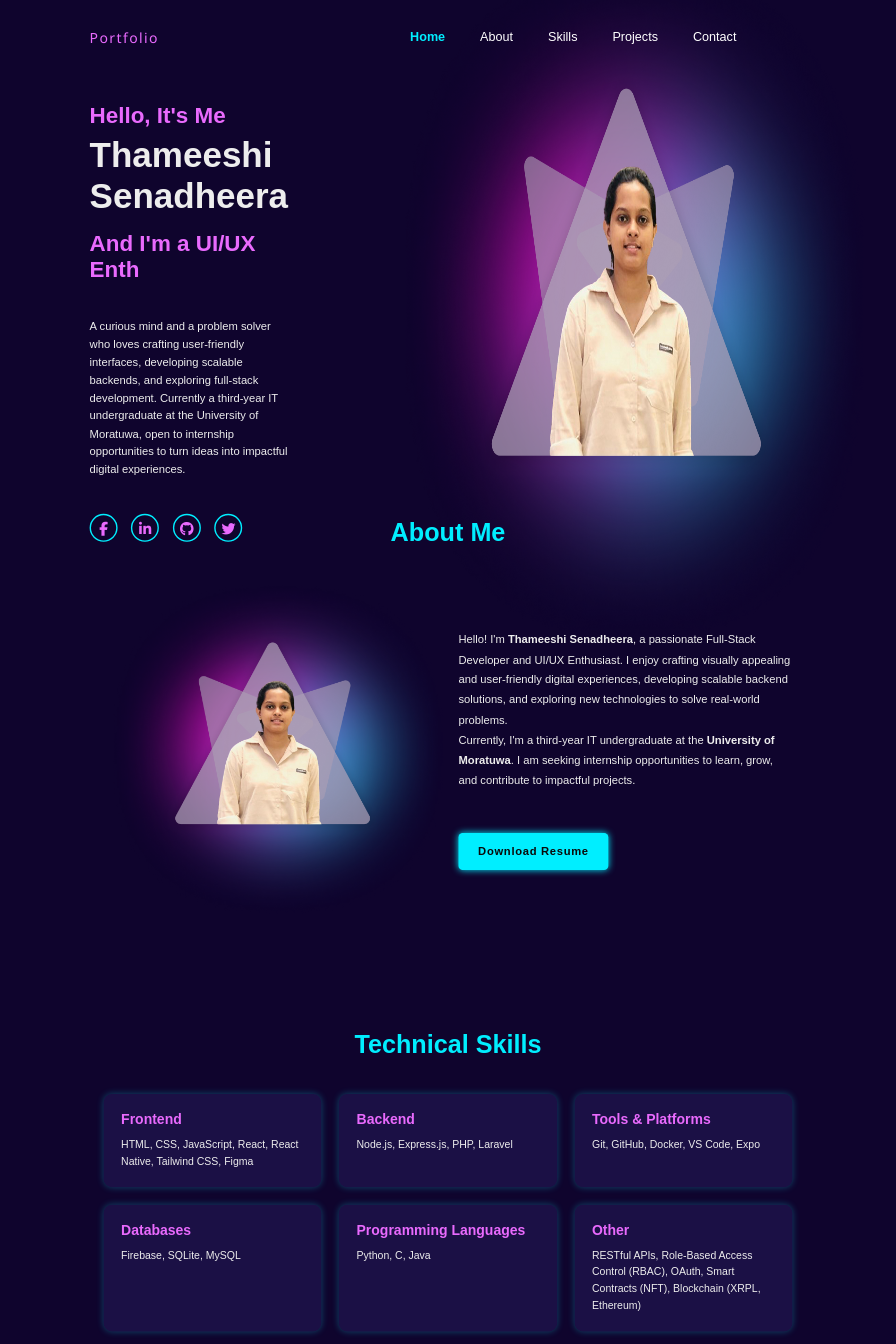
Repository: Thameeshi/portfolio-website
Page: http://localhost/
The author's editor kept a copy of each file at every save. The page is drawn from the files as they stood at one save, then again after the next save.
The browser window is 1280 px wide. The pictures show the part of the page from y = 0 to 1920 px (the page is 3616 px tall), at 70% of full size.
Some web libraries are served in a nearby version. The page is served by the project's Node server (server.js).

Above is the page before, as saved 2025-09-10 11:34:21.

After the next save:
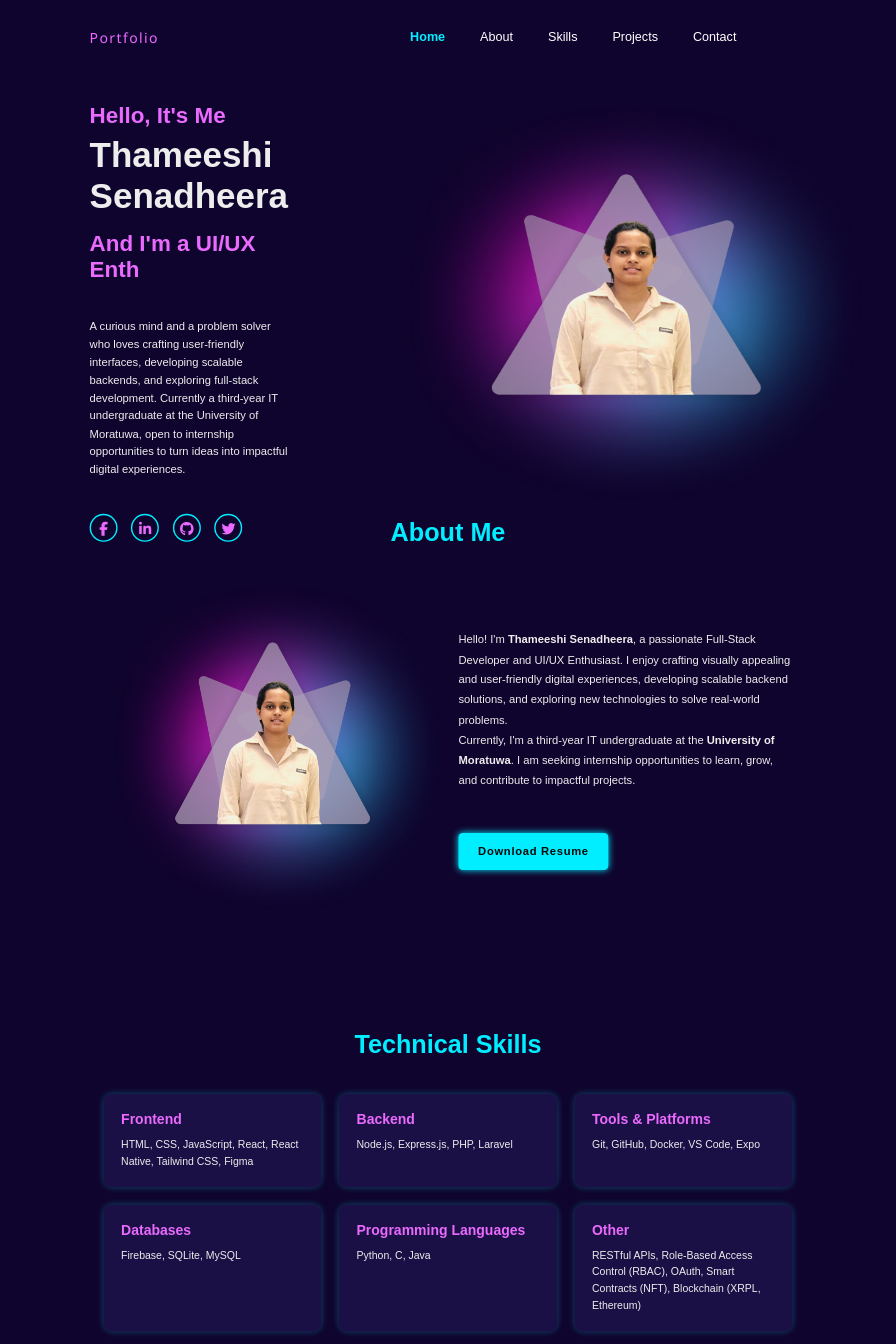
Saved 45 s later.
--- a/public/css/style.css
+++ b/public/css/style.css
@@ -131,8 +131,8 @@ body {
 /* Image next to home-content */
 
 .image img {
-    width: 1500px;
-    height: 1000px;
+    width: 700px;
+    height: 600px;
     margin-left: 100px;
     margin-top: 150px;
 }
